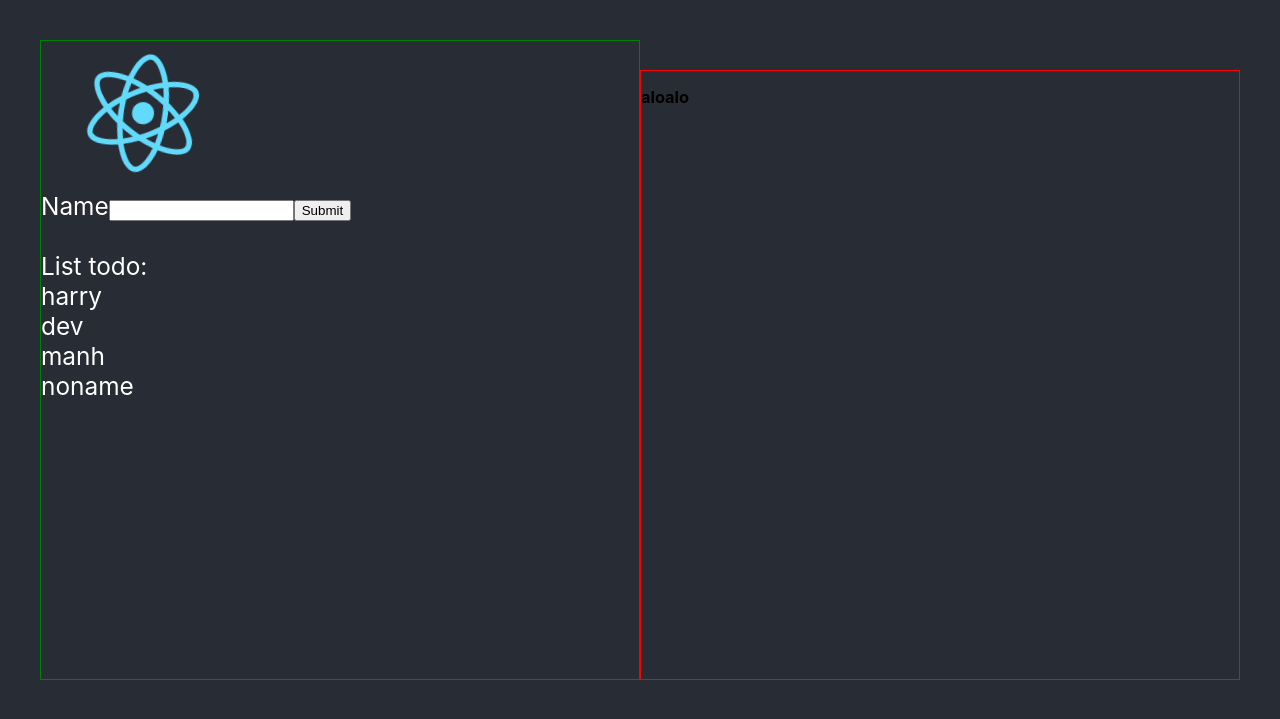
Repository: minh66hn/base-react-hook
Page: /
The author's editor kept a copy of each file at every save. The page is drawn from the files as they stood at one save, then again after the next save.
The browser window is 1280 px wide. The pictures show the whole page.
The project was rebuilt for these pictures with package versions that can differ from the ones it lists, and the page was loaded fresh each time.

Above is the page before, as saved 2022-04-18 19:57:40.

After the next save:
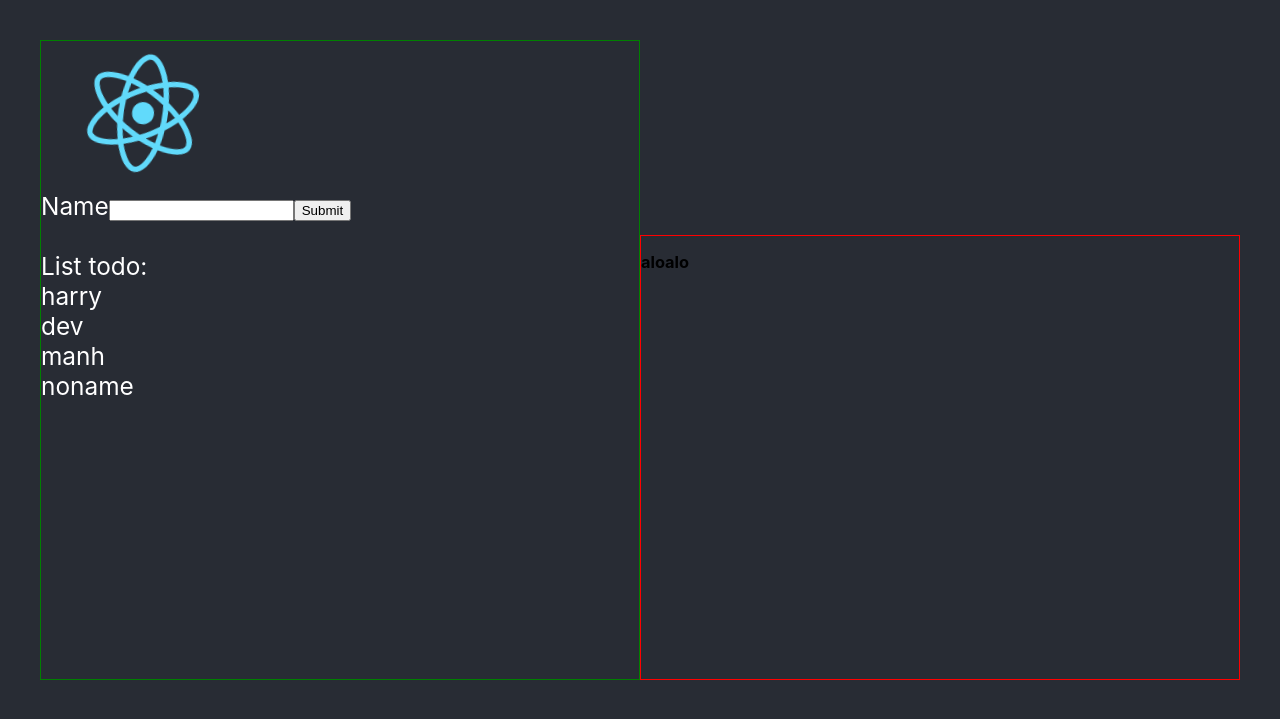
Saved 40 s later.
--- a/src/App.css
+++ b/src/App.css
@@ -31,7 +31,7 @@
 .content-left{
   border: 1px solid red;
   width: 50%;
-  margin-top:30px;
+  margin-top:195px;
 
 }
 .App-link {
